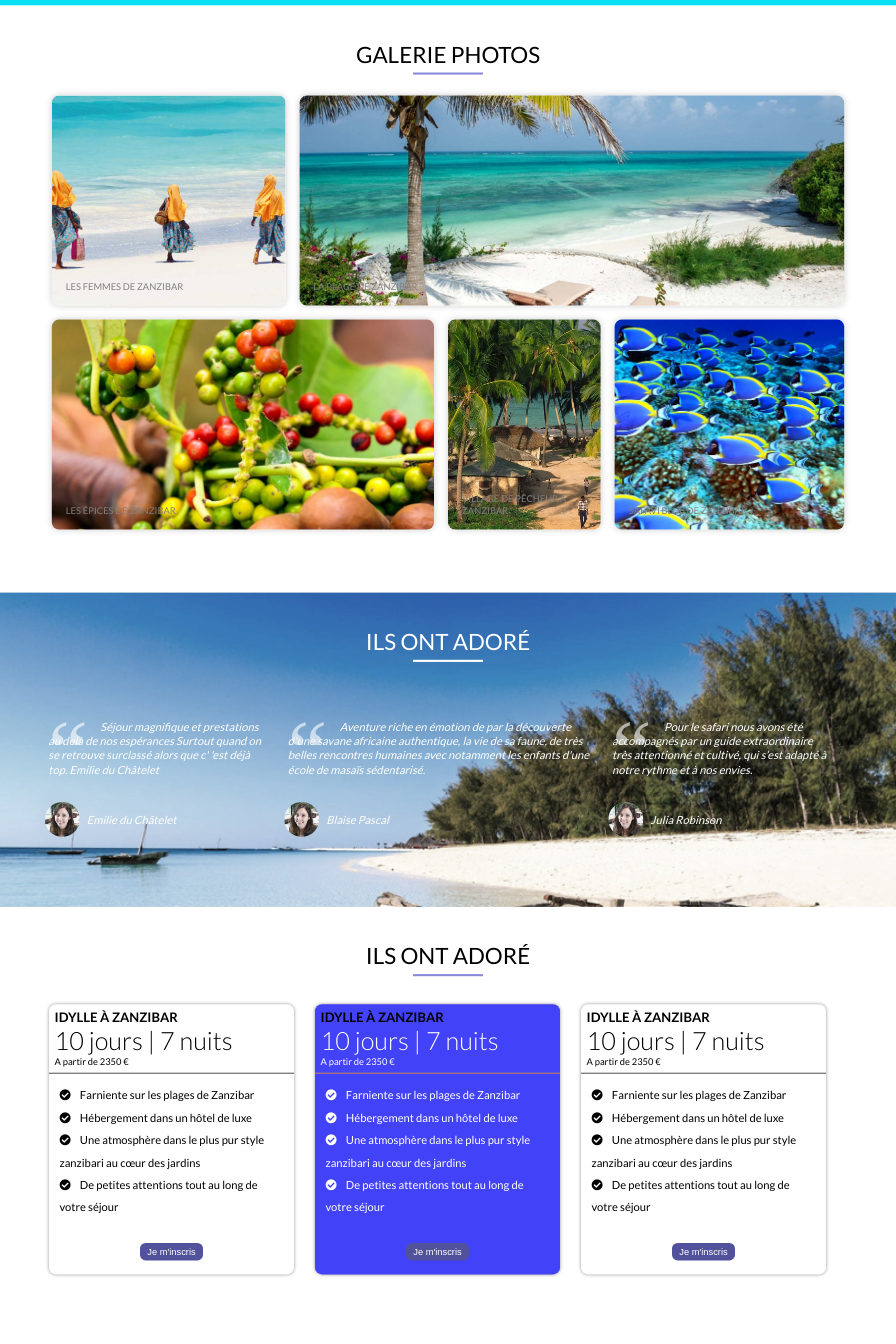
Repository: ypiard85/zanzibar
Page: index.html
These files come from the project's save history. The page is drawn as it stood at one moment and after the next save; the edit follows.
The browser window is 1280 px wide. The pictures show the part of the page from y = 2542 to 4462 px (the page is 4462 px tall), at 70% of full size.
Some web fonts or font styles are not loaded; a fallback is used.

Above is the page before, as saved 2021-03-01 14:25:14.

### index.html
<!DOCTYPE html>
<html lang="en">
  <head>
    <meta charset="UTF-8" />
    <meta http-equiv="X-UA-Compatible" content="IE=edge" />
    <meta name="viewport" content="width=device-width, initial-scale=1.0" />
    <link rel="stylesheet" href="font/font.css" />
    <link rel="stylesheet" href="./style.css" />
    <link
      rel="stylesheet"
      href="https://use.fontawesome.com/releases/v5.15.2/css/all.css"
      integrity="sha384-vSIIfh2YWi9wW0r9iZe7RJPrKwp6bG+s9QZMoITbCckVJqGCCRhc+ccxNcdpHuYu"
      crossorigin="anonymous"
    />
    <link
      href="https://fonts.googleapis.com/css?family=Lato:300,400,700"
      rel="stylesheet"
    />
    <link
      href="https://fonts.googleapis.com/css?family=Sanchez"
      rel="stylesheet"
    />
    <title> DOC </title>
  </head>
  <body>
    <header role="header">
      <nav class="nav">
        <div class="nav_left">
          <a href="">
            Zanibar
          </a>
        </div>
        <ul class="nav_link">
          <li><a href="">Qui sommes-nous</a></li>
          <li><a href="">Notre île</a></li>
          <li><a href="">Photos</a></li>
          <li><a href="">Témoignages</a></li>
          <li><a href="">Nos séjours</a></li>
          <li><a href="">Contact</a></li>
        </ul>
      </nav>
    </header>
      <section class="image_thumbnail">
        <div class="content_thumbnail">
          <p class="titlte_first">ZANBIZAR</p>
          <p class="title_second">UN ART DE VIVRE</p>
          <p>Lorem ipsum dolor sit amet consectetur adipisicing elit.</p>
          <a href="" class="btn_plein">Notre île</a>
          <a href="" class="btn_empty">Contactez-nous</a>
        </div>
      </section>
      <section class="about">
        <div class="title">
          <p class="blue_border">Qui sommes-nous</p>
        </div>
        <div class="about_content container">
          <div class="about_content_left">
            <img src="./tea.png" alt="tea image" />
          </div>
          <div class="about_content_right">
            <div class="about_content_option">
              <i class="far fa-check-circle"></i>
              <p>
                <span>RELIGIONS ET CROYANCES</span>
                La religion principale à Zanzibar est l'islam (97 %), à
                dominante sunnite. Les hindouistes constituent une toute petite
                communauté. Plusieurs minorités religieuses (musulmanes) ont élu
                domicile à Zanzibar : es ismaéliens (qui vénèrent Ismaël, l'un
                des descendants du prophète Ali, et dont le chef spirituel et
                temporel est le célèbre et richissime Aga Khan) et les dawoodis
                bohras, des Indo-Pakistanais, qui suivent les préceptes du
                Coran, mais dont la pratique religieuse, marginale, est beaucoup
                moins dogmatique.
              </p>
            </div>
            <div class="about_content_option">
              <i class="far fa-check-circle"></i>
              <p>
                <span>MUSIQUE</span>
                Le taarab (mot arabe signifiant « joie ») est la forme de
                musique la plus populaire à Zanzibar. C'est un ensemble pouvant
                compter jusqu'à une quarantaine de musiciens. Les chansons sont
                des « poèmes chantés » qui mélangent les influences africaines,
                arabes et indiennes. D'où son originalité.
              </p>
            </div>
            <div class="about_content_option">
              <i class="far fa-grin-alt"></i>
              <p>
                <span>MYTHE LITTÉRAIRE</span>
                Outre les épices, les ivoires et les esclaves, Zanzibar a
                exporté des rêves. Zanzibar ! Voilà un nom qui est une
                magnifique invitation au voyage à lui tout seul. Nombreux sont
                les écrivains européens (britanniques et français, notamment)
                qui ont succombé à son nom, rêvant de voir un jour cette île
                lointaine.
              </p>
            </div>
          </div>
        </div>
      </section>
      <section class="notre_ile">
        <div class="title">
          <p class="blue_border">Notre île</p>
        </div>
        <div class="content container">
          <div class="card">
            <img src="./card/stone-town.png" alt="stone town" />
            <h3>STONE TOWN</h3>
            <p>
              Ville portuaire, baignée par l’océan Indien, dont le cœur ancien,
              appelé Stone Town (la ville de pierre) en anglais et Mji Mkongwe
              (la vieille ville) en kiswahili, constitue le joyau. Ce centre
              ancien est d’une telle richesse qu’il a été inscrit en 2000 au
              Patrimoine mondial de l’Unesco.
            </p>
          </div>
          <div class="card">
            <img src="./card/prison-island.png" alt="" />
            <h3>PRISON ISLAND</h3>
            <p>
              L’île de Changuu, en swahili, garde les traces de son passé. Elle
              fut le point de départ et la zone de transit de nombreux esclaves
              attendant leur affectation. Aujourd’hui, elle a été investie par
              de curieux habitants : les tortues géantes d’Aldabra, ilot des
              Seychelles.
            </p>
          </div>
          <div class="card">
            <img src="./card/parc-national-jozani.png" alt="" />
            <h3>PRISON ISLAND</h3>
            <p>
              Le parc national s’étend sur 50 kilomètres entre la baie de Chwaka
              et celle d’Uzi. Cette jungle marécageuse abrite toujours une vie
              sauvage riche et luxuriante, comprenant notamment deux espèces de
              singes particulièrement rares : les singes rouges et bleus.
            </p>
          </div>
        </div>
      </section>
      <section class="galerie">
        <div class="title">
          <p class="blue_border">GALERIE PHOTOS</p>
        </div>
        <div class="image_galerie container">
            <div class="img_top">
              <div class="img_top_left">
                <p class="img_title">LES FEMMES DE ZANZIBAR</p>
              </div>
              <div class="img_top_right">
                <p class="img_title">LA PLAGE DE ZANZIBAR</p>
              </div>
            </div>
            <div class="img_bottom">
              <div class="img_bottom_left">
                <p class="img_title">LES ÉPICES DE ZANZIBAR</p>
              </div>
              <div class="img_bottom_center">
                <p class="img_title">VILLAGE DE PÊCHEUR À ZANZIBAR</p>
              </div>
              <div class="img_bottom_right">
                <p class="img_title">SAFAVI BLUE DE ZANZIBAR</p>
              </div>
            </div>
        </div>
      </section>
      <section class="review">
        <div class="title">
          <p class="white_border">ils ont adoré</p>
        </div>
        <div class="card_containt container">
          <div class="review_card">
            <div class="top">
              <p>
                  Séjour magnifique et prestations au delà de nos espérances Surtout quand on se retrouve surclassé alors que c' 'est déjà top.
                  Emilie du Châtelet
                </p>
              </div>
              <div class="bottom">
                <img src="./clients/emilie.jpg" alt="">
                <p>Emilie du Châtelet</p>
              </div>
            </div>
            <div class="review_card">
              <div class="top">
                <p>
                  Aventure riche en émotion de par la découverte d'une savane africaine authentique, la vie de sa faune, de très belles rencontres humaines avec notamment les enfants d'une école de masaïs sédentarisé.
                  </p>
                </div>
                <div class="bottom">
                  <img src="./clients/emilie.jpg" alt="">
                  <p>Blaise Pascal</p>
                </div>
              </div>
              <div class="review_card">
                <div class="top">
                  <p>
                    Pour le safari nous avons été accompagnés par un guide extraordinaire très attentionné et cultivé, qui s’est adapté à notre rythme et à nos envies.
                  </p>
                  </div>
                  <div class="bottom">
                    <img src="./clients/emilie.jpg" alt="">
                    <p>Julia Robinson</p>
                  </div>
                </div>
              </section>
              <section class="sejours">
                <div class="title">
                  <p class="blue_border">ils ont adoré</p>
                </div>
                <div class="sejour_card">
                    <div class="card_option">
                      <div class="card_header">
                        <h3>IDYLLE À ZANZIBAR</h3>
                        <h1>10 jours <span>|</span> 7 nuits</h1>
                        <p>A partir de 2350 €</p>
                      </div>
                      <div class="card_content">
                        <p><i class="fas fa-check-circle"></i> <span>Farniente sur les plages de Zanzibar</span></p>
                        <p><i class="fas fa-check-circle"></i> <span>Hébergement dans un hôtel de luxe</span></p>
                        <p><i class="fas fa-check-circle"></i> <span>Une atmosphère dans le plus pur style zanzibari au cœur des jardins</span></p>
                        <p><i class="fas fa-check-circle"></i> <span>De petites attentions tout au long de votre séjour</span></p>
                      </div>
                      <button>Je m'inscris</button>
                    </div>
                    <div class="card_option bg_blue">
                      <div class="card_header">
                        <h3>IDYLLE À ZANZIBAR</h3>
                        <h1>10 jours <span>|</span> 7 nuits</h1>
                        <p>A partir de 2350 €</p>
                      </div>
                      <div class="card_content">
                        <p><i class="fas fa-check-circle"></i> <span>Farniente sur les plages de Zanzibar</span></p>
                        <p><i class="fas fa-check-circle"></i> <span>Hébergement dans un hôtel de luxe</span></p>
                        <p><i class="fas fa-check-circle"></i> <span>Une atmosphère dans le plus pur style zanzibari au cœur des jardins</span></p>
                        <p><i class="fas fa-check-circle"></i> <span>De petites attentions tout au long de votre séjour</span></p>
                      </div>
                      <button>Je m'inscris</button>
                    </div>
                    <div class="card_option">
                      <div class="card_header">
                        <h3>IDYLLE À ZANZIBAR</h3>
                        <h1>10 jours <span>|</span> 7 nuits</h1>
                        <p>A partir de 2350 €</p>
                      </div>
                      <div class="card_content">
                        <p><i class="fas fa-check-circle"></i> <span>Farniente sur les plages de Zanzibar</span></p>
                        <p><i class="fas fa-check-circle"></i> <span>Hébergement dans un hôtel de luxe</span></p>
                        <p><i class="fas fa-check-circle"></i> <span>Une atmosphère dans le plus pur style zanzibari au cœur des jardins</span></p>
                        <p><i class="fas fa-check-circle"></i> <span>De petites attentions tout au long de votre séjour</span></p>
                      </div>
                      <button>Je m'inscris</button>
                    </div>
                </div>
              </section>
            </div>
          </div>
  </body>
  </html>

### font/font.css
/*! Generated by Font Squirrel (https://www.fontsquirrel.com) on June 4, 2019 */



@font-face {
    font-family: 'warnesregular';
    src: url('warnes-regular-webfont.eot');
    src: url('warnes-regular-webfont.eot?#iefix') format('embedded-opentype'),
         url('warnes-regular-webfont.woff2') format('woff2'),
         url('warnes-regular-webfont.woff') format('woff'),
         url('warnes-regular-webfont.ttf') format('truetype'),
         url('warnes-regular-webfont.svg#warnesregular') format('svg');
    font-weight: normal;
    font-style: normal;

}

### style.css
@import './font/font.css';

:root{
    --font-family-title: "warnesregular";
    --guillemet-citation: "Sanchez", serif;
    --font-size-title-medium: 32px;
    --button-header-blue: rgb(85, 85, 199);
    --font-size-title-red: red;
    --bd-card-blue: rgb(66, 66, 248);
}

*{
    margin: 0;
    padding: 0;
    box-sizing: border-box;
    list-style: none;
    text-decoration: one;
    transition: 0.3s;
}

html {
    background-color: #fff;
    font-family: "Lato", "Arial", sans-serif;
}


.nav{
    background: black;
    display: flex;
    justify-content: space-around;
    align-items: center;
    padding: 5px 0;
    width: 100%;
}

section{
    padding: 50px 0;
}

.nav *{
    color: #fff;
}

.nav_left a{
    font-family: var(--font-family-title);
    font-size: 32px;
}

.nav_link{
    display: flex;
}

.nav_link li a{
    color: rgb(233, 233, 233);
    margin: 0 10px;

}

.image_thumbnail{
    background-image: url('./header.jpg');
    background-repeat: no-repeat;
    background-position: center right;
    height: 93vh;

}

.content_thumbnail{
    padding: 190px;
    color: #fff;
}

.content_thumbnail .titlte_first{
    font-size: 58px;
}

.content_thumbnail .title_second{
    font-size: 58px;
    font-weight: 100;
}

.content_thumbnail > a{
    display: inline-block;
    margin-top: 10px;
    padding: 8px 30px;
    border-radius: 8px;
    margin-right: 20px;
    font-weight: 600;
}

.btn_plein{
    background-color: white;
    color: var(--button-header-blue);
}

.btn_plein:hover{
    background-color: var(--button-header-blue);
    color: white;
}

.btn_empty{
    background-color: transparent;
    color: #fff;
    border: 2px solid #fff;
}

.btn_empty:hover{
    color: var(--button-header-blue);
    background-color: white;
}


section .title p {
    text-align: center;
    text-transform: uppercase;
    font-size: var(--font-size-title-medium);
    position: relative;
}


.blue_border::after{
    content: '';
    position: absolute;
    background-color: rgb(138, 138, 218);
    left: 0;
    right: 0;
    bottom: -10px;
    height: 3px;
    width: 100px;
    margin: 0 auto;
}

.white_border{
    color: white;
}

.white_border::after{
    content: '';
    position: absolute;
    background-color:white;
    left: 0;
    right: 0;
    bottom: -10px;
    height: 3px;
    width: 100px;
    margin: 0 auto;
}

.about_content{
    margin-top: 50px;
    display: flex;
    justify-content: space-evenly;
}

.about_content_option{
    display: flex;
    margin-bottom: 30px;
}

.about_content_option i{
    font-size: 26px;
    color: var(--font-size-title-red);
    margin-right: 20px;
    margin-top: 5px;
}

.about_content_option p span{
    display: block;
    color: var(--font-size-title-red);
    font-size: 26px;
    margin-bottom: 10px;
}

.about_content_right{
    width: 500px;
}

.notre_ile{
    background-color: #0CE0F5;
}

.notre_ile > .content{
    margin-top: 50px;
}

.card{
    background-color: #FFF;
    display: flex;
    flex-direction: column;
    align-items: center;
    width: 400px;
    max-width: 100%;
    padding: 50px 30px;
    border-radius: 15px;
    box-shadow: 0 0 5px rgba(0, 0, 0, 0.411);
    color: rgb(99, 99, 99);
}

.card *{
    font-weight: normal ;
}

.card h3{
    margin-bottom: 5px;
}

.card p{
    line-height: 1.5rem;
}

.card img{
    width: 260px;
}

.notre_ile .content{
    display: flex;
    align-items: center;
    justify-content: space-around;

}

.container{
    width: 90%;
    margin: 50px auto;
}

.image_galerie{
    display: flex;
    flex-direction: column;
    justify-content: space-between;
    margin: 30px auto;
    flex-wrap: wrap;
}

.img_top, .img_bottom{
    display: flex;
    justify-content: space-around;

}

.img_top div, .img_bottom div{
    margin: 10px;
    height: 300px;
    position: relative;
    border-radius: 10px;
    box-shadow: 0 0 10px rgba(0, 0, 0, 0.199);
}


.img_top_left{
    width: 30%;
    background-image: url('./galerie/femmes-zanzibar.jpg');
    background-size: cover;
    background-repeat: no-repeat;
    background-position: center center;

}

.img_top_right{
    width: 70%;
    background-image: url('./galerie/plage-zanzibar.jpg');
    background-size: cover;
    background-repeat: no-repeat;
    background-position: center center;
}

.img_bottom_left{
    width: 50%;
    background-image: url('./galerie/epices-zanzibar.jpg');
    background-size: cover;
    background-repeat: no-repeat;
    background-position: center center;
}

.img_bottom_center{
    width: 20%;
    background-image: url('./galerie/village-pecheur-zanzibar.jpg');
    background-size: cover;
    background-repeat: no-repeat;
    background-position: center center;
}

.img_bottom_right{
    width: 30%;
    background-image: url('./galerie/safari-blue.jpg');
    background-size: cover;
    background-repeat: no-repeat;
    background-position: center center;
}

.img_title{
    position: absolute;
    bottom: 20px;
    left: 20px;
    color: gray;
    font-size: smaller;
}



.card_containt{
    display: flex;
    justify-content: space-evenly;


}

.review_card{
    margin-right: 20px;
}

.review{
    background-image: url('./the-paysage.jpg');
    background-repeat: no-repeat;
    background-size: cover;
    background-position: top ;
    filter: grayscale(50%);

}

.top{
    position: relative;
}


.top p::before{
    content: "\201C";
    font-family: "Sanchez", serif;
    position: relative;
    font-size: 8em;
    top: 72px;
    left: -13px;
    color: rgba(255, 255, 255, 0.6);
}

.top p{
        padding: 5px;
        font-style: italic;
        line-height: 130%;
        color: #fff;
}


.bottom img{
    border-radius: 50%;
    width: 50px;
    margin-right: 10px;
}

.bottom{
    margin-top: 30px;
    display: flex;
    color: #fff;
    font-style: italic;
    align-items: center;
}

.sejour_card{
    display: flex;
    justify-content: center;
    margin: 50px 0;
}

.bg_blue{
    background-color: var(--bd-card-blue) !important;
}

.bg_blue p, .bg_blue h1{
    color: white;
}

.bg_blue .card_header{
    border-bottom: 1px solid orange!important;
}

.card_option .card_header{
    border-bottom: 1px solid black;
    padding: 8px;
}

.card_option{
    background-color: white;
    box-shadow: 0 0 5px rgba(0, 0, 0, 0.452);
    margin-right: 30px;
    width: 350px;
    border-radius: 10px;
}

.card_option button{
    display: flex;
    margin: 20px auto;
    padding: 5px 10px;
    background: rgb(82, 82, 156);
    color: white;
    border-radius: 8px;
    border:none;
    outline: none;
    cursor: pointer;
}

.card_content p i{
    margin-right: 10px;
}

.card_header h3{
    font-weight: 700;
}
.card_header h1{
    font-weight: lighter;
    font-size: 36px;
}

.card_header p{
    font-size: smaller;
}

.card_content{
    padding: 15px;
    line-height: 2rem;
}

After the next save:
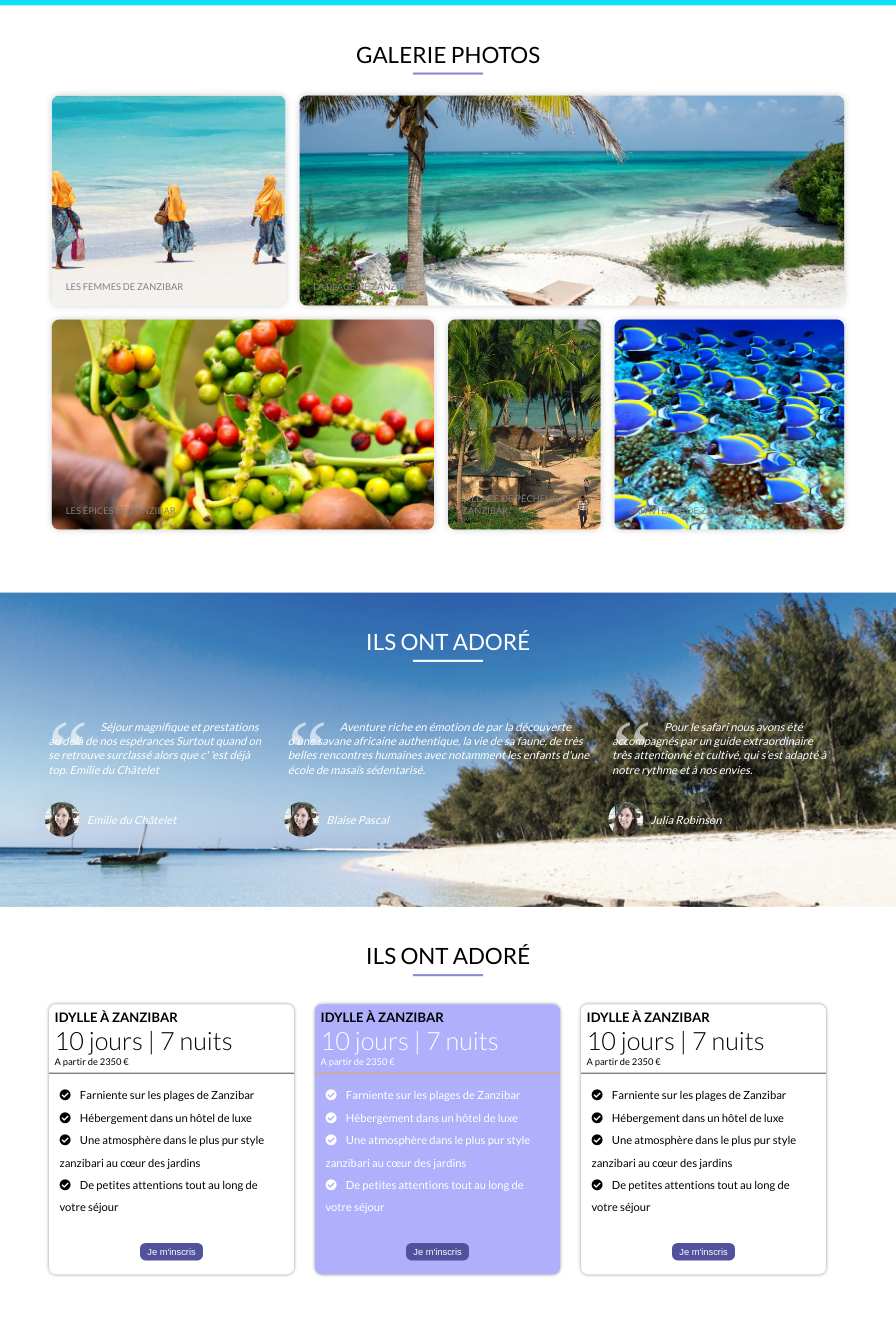
Saved 6 s later.
--- a/style.css
+++ b/style.css
@@ -6,7 +6,7 @@
     --font-size-title-medium: 32px;
     --button-header-blue: rgb(85, 85, 199);
     --font-size-title-red: red;
-    --bd-card-blue: rgb(66, 66, 248);
+    --bd-card-blue: rgba(66, 66, 248, 0.425);
 }
 
 *{
